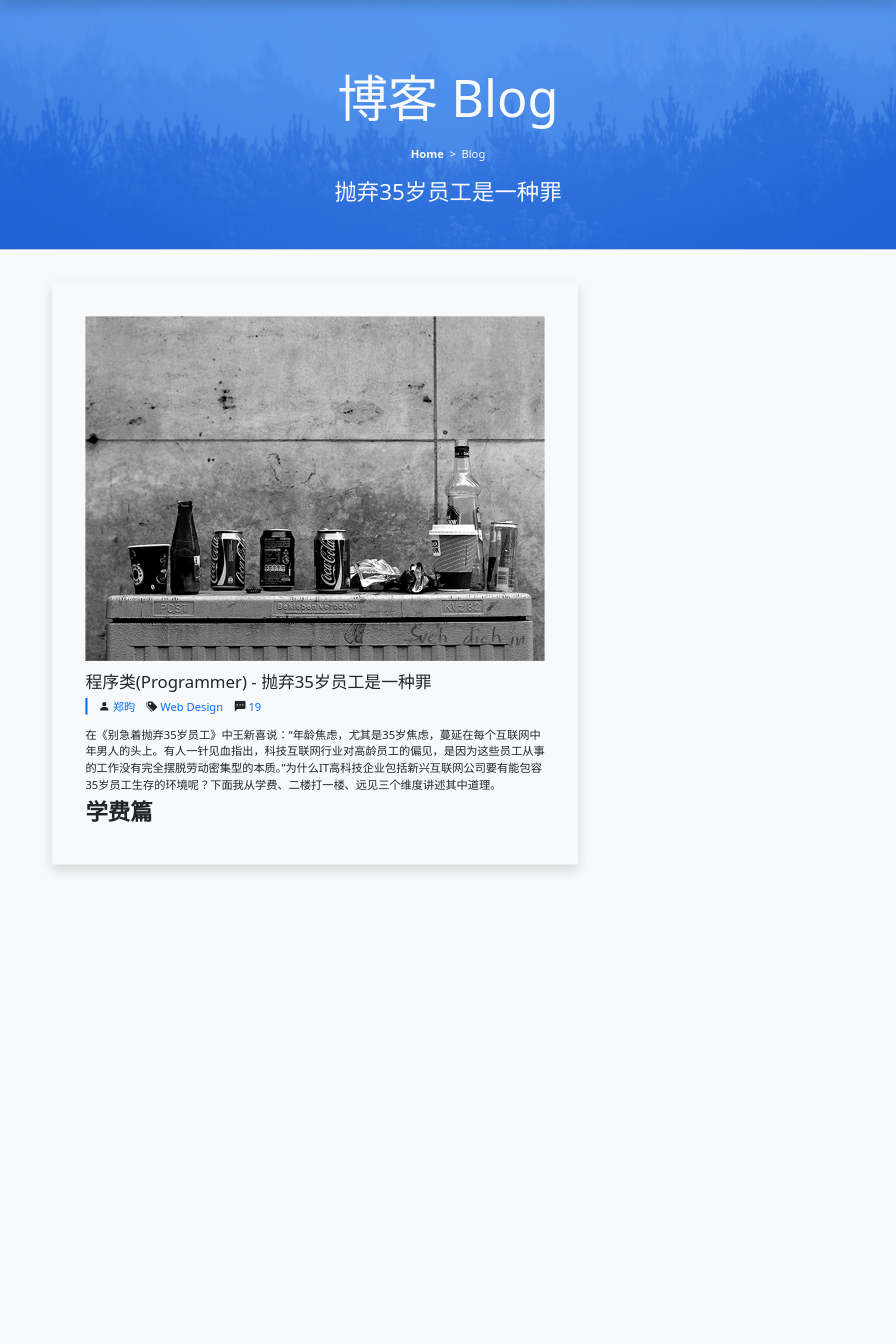
Repository: herjuandlonely/github.io
Page: index-blog.html
These files come from the project's save history. The page is drawn as it stood at one moment and after the next save; the edit follows.
The browser window is 1280 px wide. The pictures show the part of the page from y = 0 to 1920 px (the page is 3000 px tall), at 70% of full size.
Backgrounds fixed to the window are drawn as part of the page.

Above is the page before, as saved 2022-06-30 19:50:26.

### index-blog.html
<!DOCTYPE html>
<html lang="en">
<head>
    <meta charset="UTF-8">
    <meta http-equiv="X-UA-Compatible" content="IE=edge">
    <meta name="viewport" content="width=device-width, initial-scale=1.0">
    <link rel="stylesheet" href="./bootstrap-4.6.1-dist/css/bootstrap.min.css">
    <link rel="stylesheet" href="./CSS/index-blog.css">
    <link rel="stylesheet" href="./CSS/normalize.css">
    <link rel="stylesheet" href="./icon/font_3484823_t6q6q64gri/iconfont.css">
    <script src="./bootstrap-4.6.1-dist/js/bootstrap.bundle.min.js"></script>
    <title>何亚Herju- Blog -抛弃35岁员工是一种罪</title>
</head>
<body style="height: 3000px;" class=" bg-light">
    <!-- nav start -->
    <div class="container-fluid px-0 shadow navbarControl">
        <nav class="navbar navbar-expand-md navbar-dark navbarBg">
            <div class="container-fluid px-4">
                <a href="index.html" class="navbar-brand ms-4">Herju's Home</a>
                <button class="navbar-toggler" data-bs-toggle="collapse" data-bs-target="#foldBtn">
                    <span class="navbar-toggler-icon"></span>
                </button>
                <div class="collapse navbar-collapse" id="foldBtn">
                    <ul class="navbar-nav ms-auto me-4 navbarCli">
                        <li class="nav-item text-center">
                            <a class="nav-link fw-lighter" href="index.html#bk">博客 Blog</a>
                        </li>
                        <li class="nav-item text-center">
                            <a class="nav-link fw-lighter" href="index.html#jn">技能 Skill</a>
                        </li>
                        <li class="nav-item text-center">
                            <a class="nav-link fw-lighter" href="index.html#ab">关于 About</a>
                        </li>
                        <li class="nav-item text-center">
                            <a class="nav-link fw-lighter" href="index.html#lx">联系我 Call</a>
                        </li>
                    </ul>
                </div>
            </div>
        </nav>
    </div>
    <!-- nav end -->

    <!-- baneer start -->
    <div class="banner position-relative">
        <div class=" position-absolute w-100 h-100 bg-primary" style="opacity: .7;"></div>
        <div class=" position-absolute w-100 h-100 py-5" style="z-index: 3;">
            <h1 class=" text-light text-center display-2 mb-0">博客 Blog</h1>
            <nav class=" text-light mbShit mt-5 mt-md-4" >
                <ol class="breadcrumb d-flex justify-content-center">
                    <li class="breadcrumb-item">
                        <a href="index.html" class="text-light text-decoration-none fw-bold">Home</a>
                    </li>
                    <li class="breadcrumb-item">Blog</li>
                </ol>
            </nav>
            <h1 class="text-center text-light mt-5 mt-md-4">抛弃35岁员工是一种罪</h1>
        </div>
    </div>
    <!-- baneer start -->

    <!-- content start -->
    <div class="container">
        <div class="row py-5">
            <div class="col-lg-8 col-12 px-1">
                <div class="shadow bg-light p-5">
                    <img src="./image/piqsels.com-id-fggmp.png" class="img-fluid">
                    <h4 class=" mt-3">
                        程序类(Programmer) - 抛弃35岁员工是一种罪
                    </h4>
                    <ul class='border-start border-3 border-primary list-unstyled d-flex'>
                        <li class=" ms-3">
                            <a href="#" class=" text-decoration-none d-flex align-items-center">
                                <svg xmlns="http://www.w3.org/2000/svg" width="16" height="16" fill="currentColor" class="bi bi-person-fill text-dark me-1" viewBox="0 0 16 16">
                                    <path d="M3 14s-1 0-1-1 1-4 6-4 6 3 6 4-1 1-1 1H3zm5-6a3 3 0 1 0 0-6 3 3 0 0 0 0 6z"/>
                                  </svg>
                                郑昀
                            </a>
                        </li>
                        <li class=" ms-3">
                            <a href="#" class=" text-decoration-none d-flex align-items-center">
                                <svg xmlns="http://www.w3.org/2000/svg" width="16" height="16" fill="currentColor" class="bi bi-tags-fill text-dark me-1" viewBox="0 0 16 16">
                                    <path d="M2 2a1 1 0 0 1 1-1h4.586a1 1 0 0 1 .707.293l7 7a1 1 0 0 1 0 1.414l-4.586 4.586a1 1 0 0 1-1.414 0l-7-7A1 1 0 0 1 2 6.586V2zm3.5 4a1.5 1.5 0 1 0 0-3 1.5 1.5 0 0 0 0 3z"/>
                                    <path d="M1.293 7.793A1 1 0 0 1 1 7.086V2a1 1 0 0 0-1 1v4.586a1 1 0 0 0 .293.707l7 7a1 1 0 0 0 1.414 0l.043-.043-7.457-7.457z"/>
                                  </svg>
                                Web Design
                            </a>
                        </li>
                        <li class=" ms-3">
                            <a href="#" class=" text-decoration-none d-flex align-items-center">
                                <svg xmlns="http://www.w3.org/2000/svg" width="16" height="16" fill="currentColor" class="bi bi-chat-left-dots-fill text-dark me-1" viewBox="0 0 16 16">
                                    <path d="M0 2a2 2 0 0 1 2-2h12a2 2 0 0 1 2 2v8a2 2 0 0 1-2 2H4.414a1 1 0 0 0-.707.293L.854 15.146A.5.5 0 0 1 0 14.793V2zm5 4a1 1 0 1 0-2 0 1 1 0 0 0 2 0zm4 0a1 1 0 1 0-2 0 1 1 0 0 0 2 0zm3 1a1 1 0 1 0 0-2 1 1 0 0 0 0 2z"/>
                                  </svg>
                                19
                            </a>
                        </li>
                    </ul>
                    <p class="mb-2">在《别急着抛弃35岁员工》中王新喜说：“年龄焦虑，尤其是35岁焦虑，蔓延在每个互联网中年男人的头上。有人一针见血指出，科技互联网行业对高龄员工的偏见，是因为这些员工从事的工作没有完全摆脱劳动密集型的本质。”为什么IT高科技企业包括新兴互联网公司要有能包容35岁员工生存的环境呢？下面我从学费、二楼打一楼、远见三个维度讲述其中道理。</p>
                    <h2 class=" fw-bold">学费篇</h2>
                </div>
            </div>
            <div class="col-lg-4"></div>
        </div>
    </div>
    <!-- content end -->

    <script src="./JS/index-blog.js"></script>
</body>
</html>

### CSS/index-blog.css
.navbarControl{
    transition: .3s;
    position: fixed;
    top: 0;
    left: 0;
    z-index: 999;
}
.navbarControl.showAndHide{
    top: -56px;
}
.navbarControl a{
    cursor: pointer;
}
.navbarBg{
    background-color: #161d27;
}
.banner{
    background: url(../image/overlay-bg.jpg) no-repeat center -180px;
    height: 356px;
    background-attachment: fixed;
    background-size: cover;
}
.mbShit{
    --bs-breadcrumb-divider: '>';
}
.mbShit ol .breadcrumb-item::before{
    color: #f8f9fa !important;
}

### icon/font_3484823_t6q6q64gri/iconfont.css
@font-face {
  font-family: "iconfont"; /* Project id 3484823 */
  src: url('iconfont.woff2?t=1656149880118') format('woff2'),
       url('iconfont.woff?t=1656149880118') format('woff'),
       url('iconfont.ttf?t=1656149880118') format('truetype');
}

.iconfont {
  font-family: "iconfont" !important;
  font-size: 16px;
  font-style: normal;
  -webkit-font-smoothing: antialiased;
  -moz-osx-font-smoothing: grayscale;
}

.icon-QQ:before {
  content: "\e882";
}

.icon-weixin:before {
  content: "\e8bb";
}

### JS/index-blog.js
(function(){
    const myBlog = {
        $: (ele) => {
            return document.querySelectorAll(ele);
        },
        "isHide": function () {
            let oldScrollTop = 0;
            let isHide = this.$('.navbarControl')[0];
            const navbarCli = this.$('.navbarCli')[0].children;

            function scrollHide () {
                let scrollTop = window.pageYOffset || this.document.documentElement.scrollTop || this.document.body.scrollTop;
                let scrollSet = scrollTop - oldScrollTop;
                oldScrollTop = scrollTop;
                if (scrollSet < 0) {
                    isHide.classList.remove('showAndHide');
                } else {
                    isHide.classList.add('showAndHide');
                    foldBtn.classList.remove('show');
                }
            }

            window.addEventListener("scroll", scrollHide);

            for (let i = 0; i < navbarCli.length; i++) {
                navbarCli[i].onclick = function () {
                    window.removeEventListener("scroll", scrollHide);
                    isHide.classList.add('showAndHide');
                    foldBtn.classList.remove('show');
                    setTimeout(() => {
                        window.addEventListener("scroll", scrollHide);
                    }, 800)
                };
                navbarCli[i].ontouchend = function () {
                    window.removeEventListener("scroll", scrollHide);
                    isHide.classList.add('showAndHide');
                    foldBtn.classList.remove('show');
                    setTimeout(() => {
                        window.addEventListener("scroll", scrollHide);
                    }, 800)
                };
            };

        }
    }

    myBlog.isHide();
})()

Loaded but not shown: bootstrap-4.6.1-dist/css/bootstrap.min.css (library); CSS/normalize.css (library); bootstrap-4.6.1-dist/js/bootstrap.bundle.min.js (library)

After the next save:
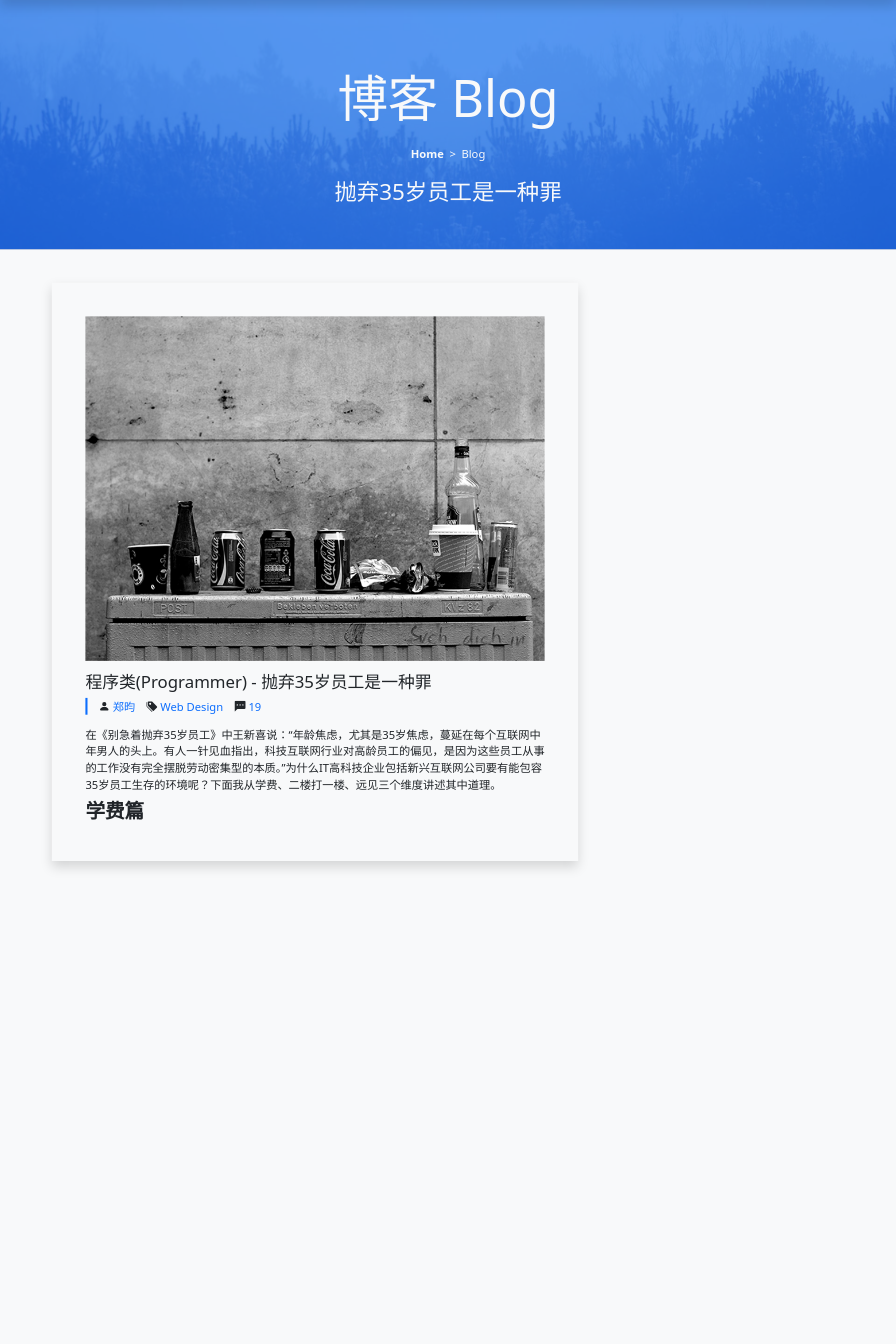
Saved 17 s later.
--- a/index-blog.html
+++ b/index-blog.html
@@ -96,7 +96,7 @@
                         </li>
                     </ul>
                     <p class="mb-2">在《别急着抛弃35岁员工》中王新喜说：“年龄焦虑，尤其是35岁焦虑，蔓延在每个互联网中年男人的头上。有人一针见血指出，科技互联网行业对高龄员工的偏见，是因为这些员工从事的工作没有完全摆脱劳动密集型的本质。”为什么IT高科技企业包括新兴互联网公司要有能包容35岁员工生存的环境呢？下面我从学费、二楼打一楼、远见三个维度讲述其中道理。</p>
-                    <h2 class=" fw-bold">学费篇</h2>
+                    <h3 class=" fw-bold">学费篇</h3>
                 </div>
             </div>
             <div class="col-lg-4"></div>
